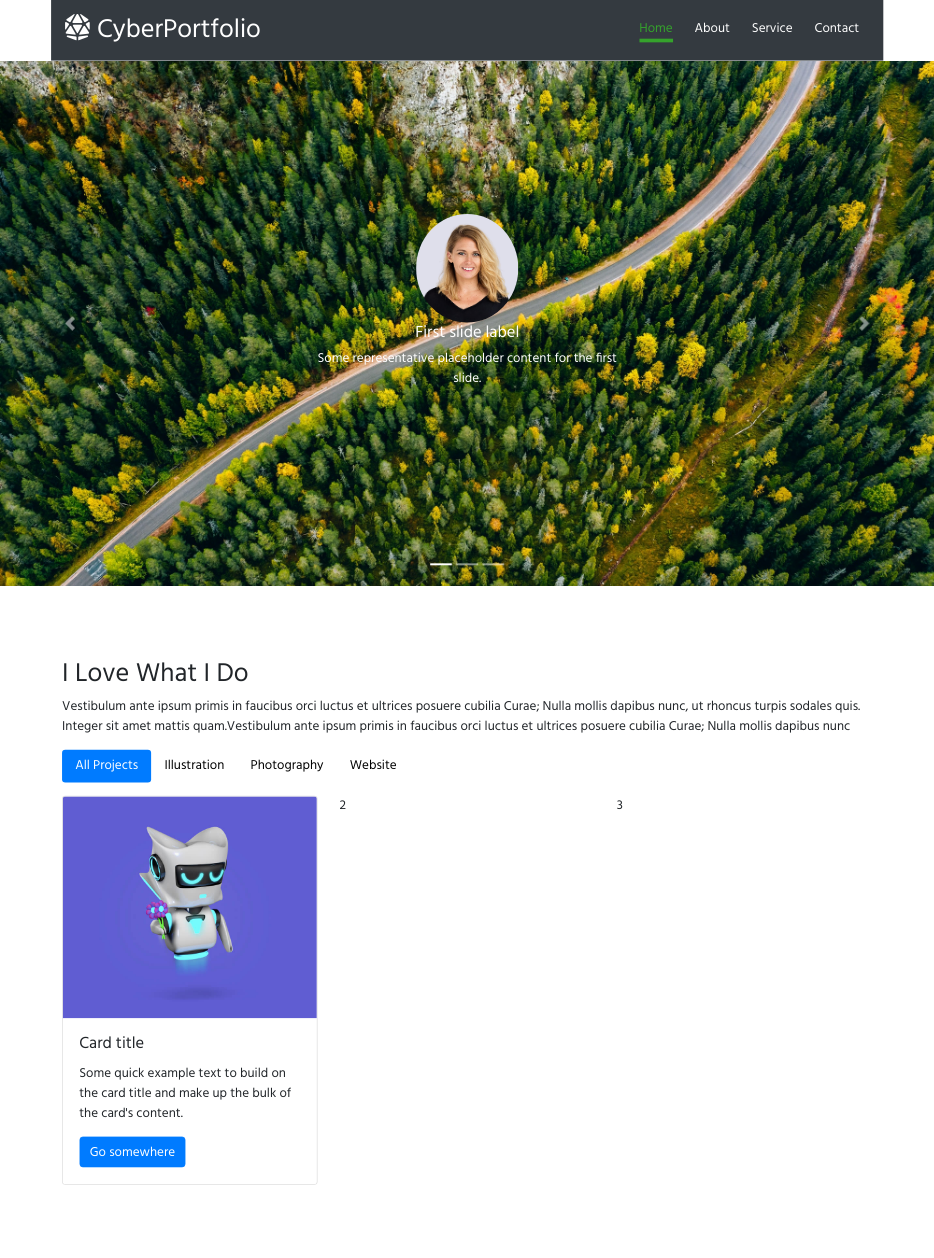
Repository: thanhfrankie/portfolio
Page: index.html
The author's editor kept a copy of each file at every save. The page is drawn from the files as they stood at one save, then again after the next save.
The browser window is 1280 px wide. The pictures show the whole page, at 73% of full size.

Above is the page before, as saved 2023-11-30 09:36:45.

After the next save:
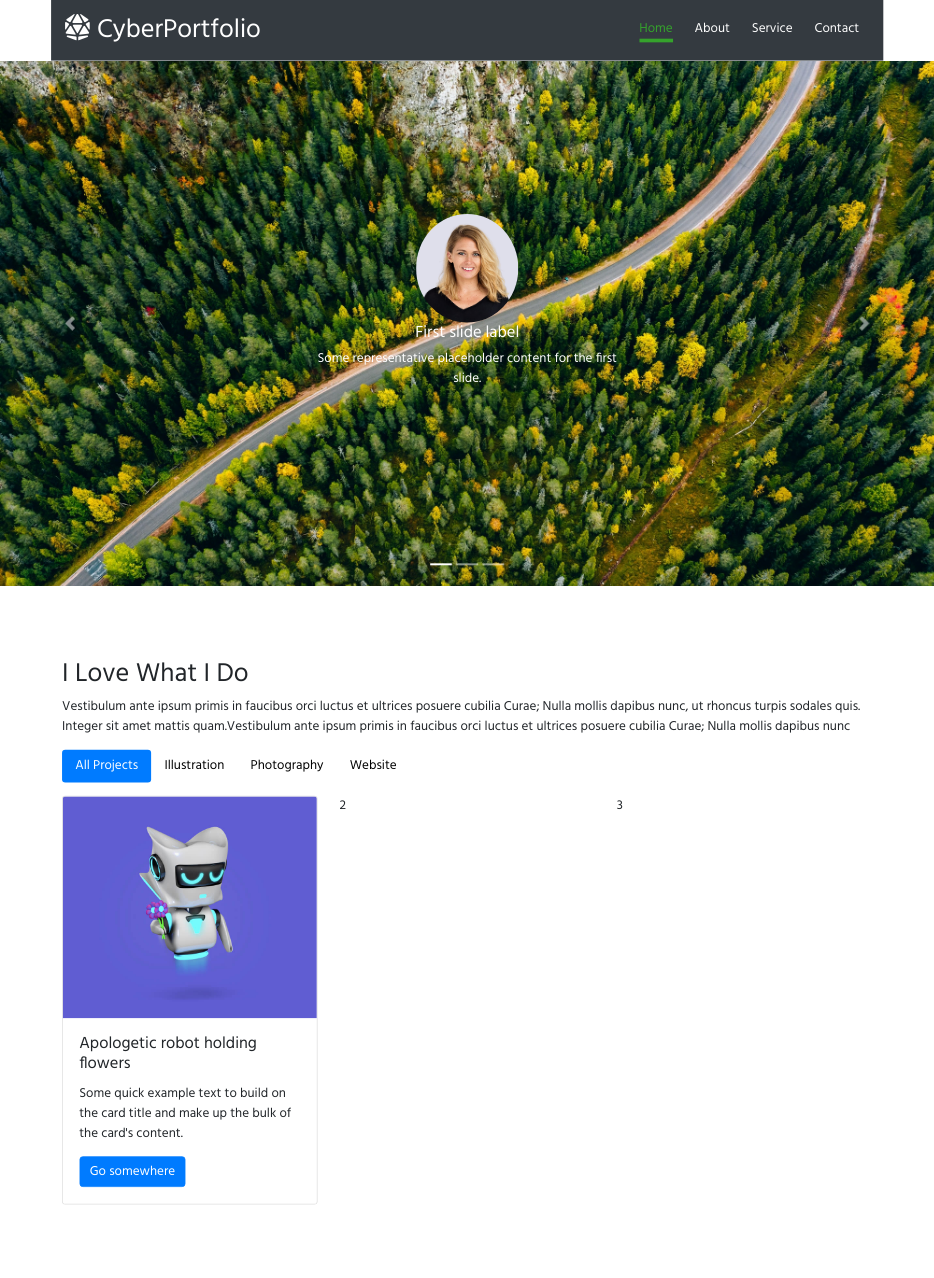
Saved 21 s later.
--- a/index.html
+++ b/index.html
@@ -131,7 +131,7 @@
                 <div class="card">
                   <img src="./img/g1.jpg" class="card-img-top" alt="...">
                   <div class="card-body">
-                    <h5 class="card-title">Card title</h5>
+                    <h5 class="card-title">Apologetic robot holding flowers</h5>
                     <p class="card-text">Some quick example text to build on the card title and make up the bulk of the card's content.</p>
                     <a href="#" class="btn btn-primary">Go somewhere</a>
                   </div>
